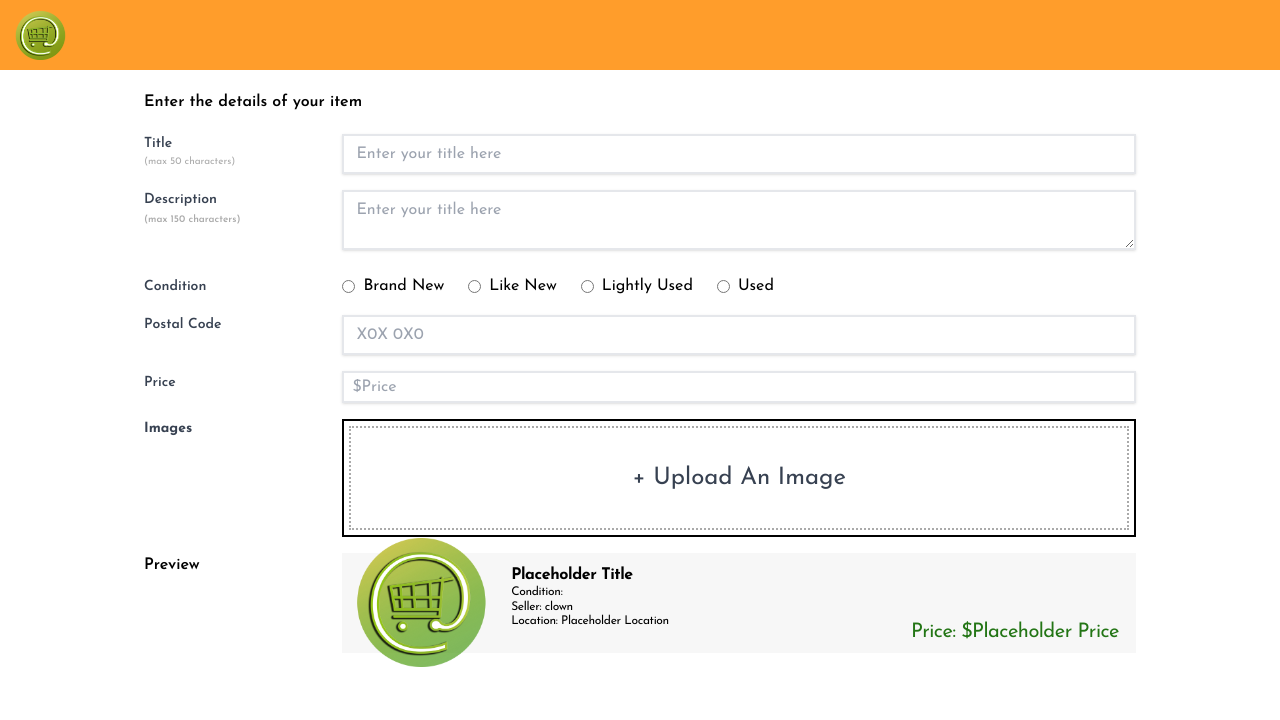
Repository: AdwaitSri/Kingston-Marketplace
Page: /creation (app in qhacks-24/)
These files come from the project's save history. The page is drawn as it stood at one moment and after the next save; the edit follows.
The browser window is 1280 px wide. The pictures show the whole page.
The project was rebuilt for these pictures with package versions that can differ from the ones it lists, and the page was loaded fresh each time. Also part of the build but not shown: qhacks-24/src/components/HomeNavbar.js, qhacks-24/src/pages/Home.js, qhacks-24/src/pages/Signup.js.

Above is the page before, as saved 2024-02-03 11:32:58.

After the next save:
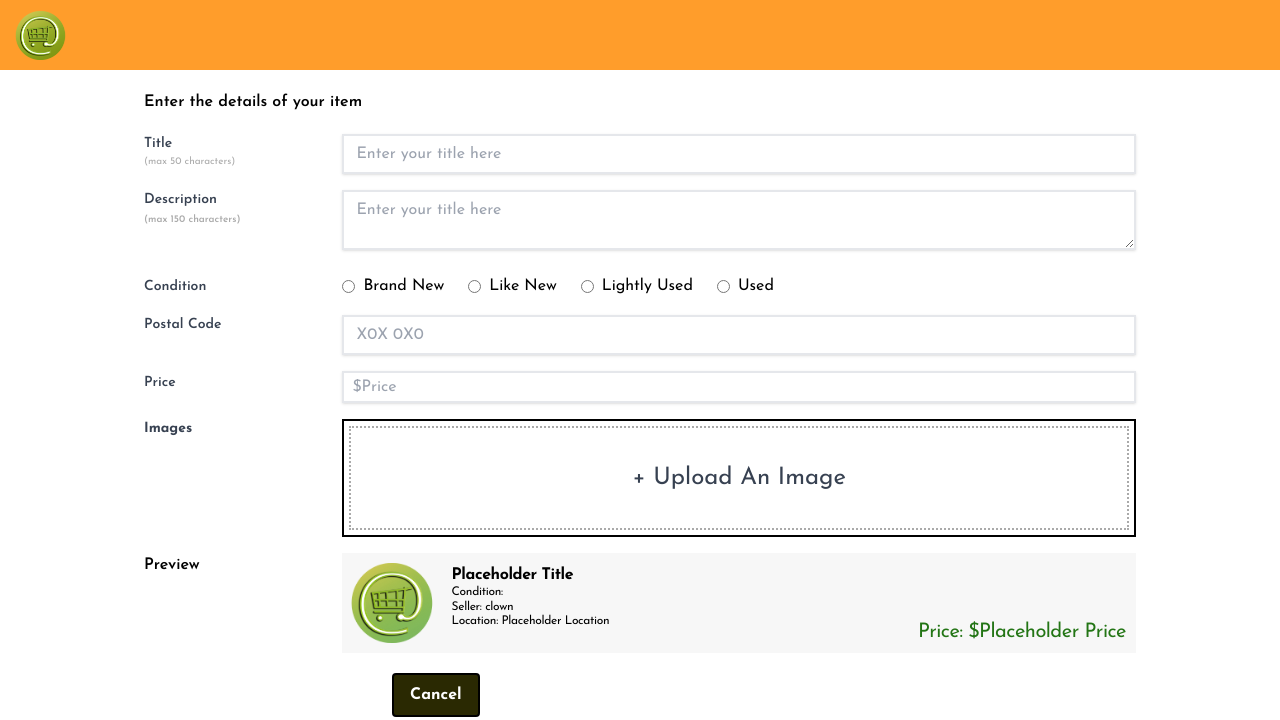
Saved 5 min 27 s later.
--- a/qhacks-24/src/pages/Creation.js
+++ b/qhacks-24/src/pages/Creation.js
@@ -176,21 +176,21 @@ export default function Creation() {
                         <div
                             className="w-4/5 h-[100px] bg-[#f7f7f7] flex items-center"
                         >
-                            <img src="/images/logo.png" alt="placeholder" className="w-[20%]"/>
-                            <div className='h-full w-[80%] p-[10px] relative'>
+                            <img src="/images/logo.png" alt="placeholder" className="h-[80%]"/>
+                            <div className='h-full w-full p-[10px] relative'>
                                 <p className="font-jose font-bold tracking-tight h-[25%]">{title ? title : "Placeholder Title"}</p>
                                 <p className="font-jose text-[12px] tracking-tight">Condition: {getCondition()}</p>
                                 <p className="font-jose text-[12px] relative top-[-3px] tracking-tight">Seller: {sellerName}</p>
                                 <p className="font-jose text-[12px] relative top-[-7px] tracking-tight">Location: {postalCode ? postalCode : "Placeholder Location"}</p>
-                                <p className="font-jose text-[20px] relative top-[-20px] right-[7px] text-[#237515] float-right tracking-tight">Price: ${price ? price : "Placeholder Price"}</p>
+                                <p className="font-jose text-[20px] relative top-[-20px] text-[#237515] float-right tracking-tight">Price: ${price ? price : "Placeholder Price"}</p>
                             </div>
                         </div>
                     </div>
 
-                    <div className="font-jose flex justify-between items-center">
+                    <div className="font-jose flex w-[50%] mx-auto mt-[20px] justify-between items-center">
                         <button
                             type="button"
-                            className="font-jose bg-red-500 hover:bg-red-700 text-white font-bold py-2 px-4 rounded focus:outline-none focus:shadow-outline"
+                            className="font-jose bg-[#2a2902] border-2 border-solid border-black text-white font-bold py-2 px-4 rounded focus:outline-none focus:shadow-outline"
                         >
                             Cancel
                         </button>
